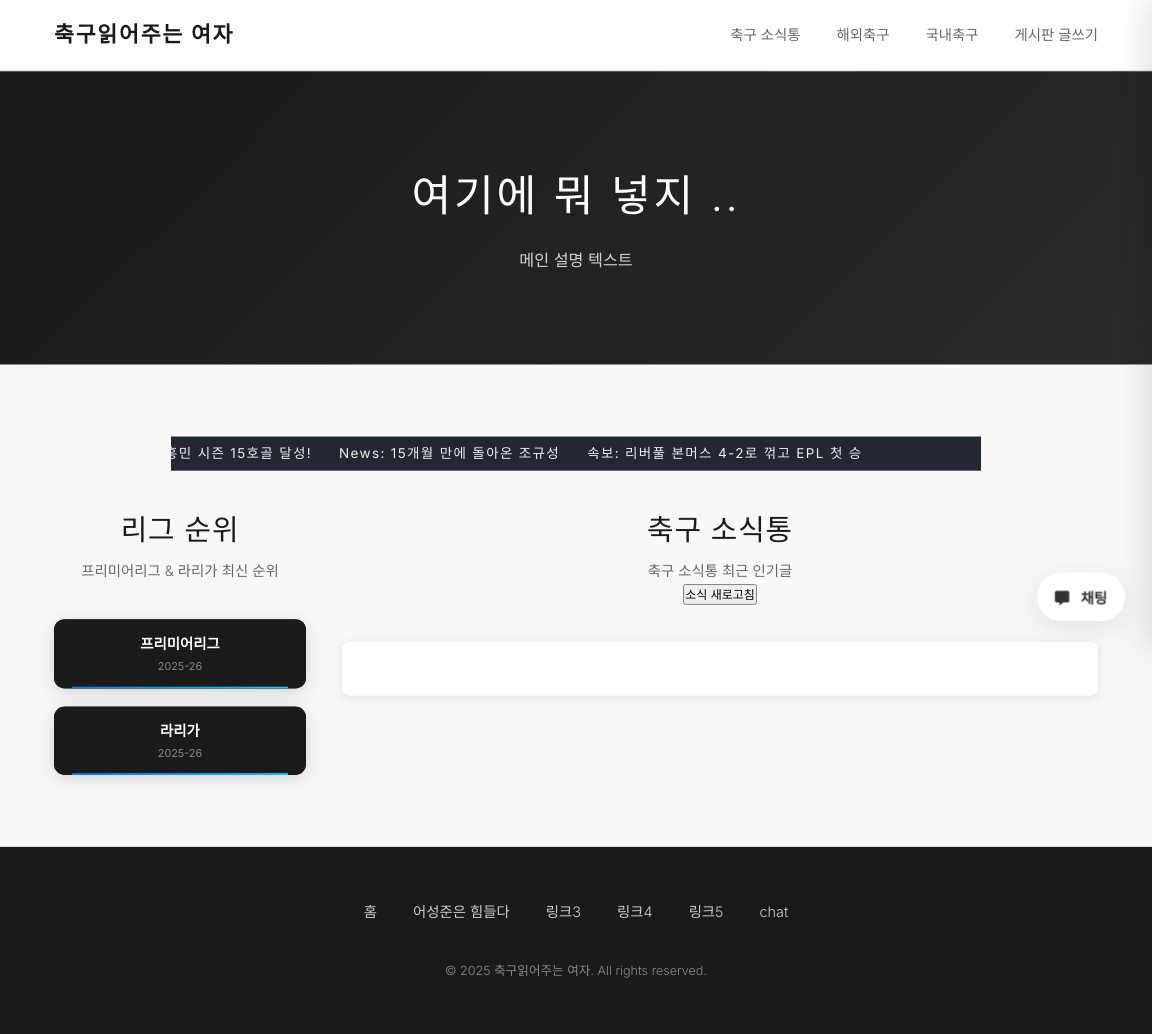
Repository: caramelpopcornKHU/JavaJSPProject
Page: http://localhost/FromJ/footballMain
These files come from the project's save history. The page is drawn as it stood at one moment and after the next save; the edit follows.
The browser window is 1280 px wide. The pictures show the whole page, at 90% of full size.
The page is served by Tomcat 9. Other server files are loaded and not shown. Queries for data that is not in the repository find no rows.

Above is the page before, as saved 2025-08-17 13:56:52.

### FromJ/src/main/webapp/footballMain.jsp
<%@ page language="java" contentType="text/html; charset=UTF-8" pageEncoding="UTF-8"%>
<%@ taglib prefix="c" uri="http://java.sun.com/jsp/jstl/core" %>
<%@ taglib prefix="fmt" uri="http://java.sun.com/jsp/jstl/fmt" %>
<%@ page import="com.football.model.News" %>
<!DOCTYPE html>
<html lang="ko">
<head>
   <script src="https://code.jquery.com/jquery-3.6.0.min.js"></script>
   <meta charset="UTF-8">
   <meta name="viewport" content="width=device-width, initial-scale=1.0">
   <title>축구 읽어주는 여자</title>
   <link href="https://fonts.googleapis.com/css2?family=Inter:wght@300;400;500;600;700&display=swap" rel="stylesheet">
   <style>
       * {
           margin: 0;
           padding: 0;
           box-sizing: border-box;
       }
       body {
           font-family: 'Inter', sans-serif;
           background-color: #f8f8f8;
           color: #1a1a1a;
           line-height: 1.6;
       }
       .container {
           max-width: 1200px;
           margin: 0 auto;
           padding: 0 20px;
       }
       /* Header */
       header {
           background: #fff;
           padding: 20px 0;
           border-bottom: 1px solid #e0e0e0;
           position: sticky;
           top: 0;
           z-index: 100;
       }
       .header-content {
           display: flex;
           justify-content: space-between;
           align-items: center;
       }
       .logo {
           font-size: 24px;
           font-weight: 700;
           letter-spacing: 2px;
           color: #1a1a1a;
           text-decoration: none;
       }
       .nav {
           display: flex;
           gap: 40px;
       }
       .nav a {
           text-decoration: none;
           color: #666;
           font-weight: 400;
           transition: color 0.3s ease;
       }
       .nav a:hover {
           color: #1a1a1a;
       }
       /* Hero Section */
       .hero {
           background: linear-gradient(135deg, #1a1a1a 0%, #2a2a2a 100%);
           color: #fff;
           text-align: center;
           padding: 100px 0;
           margin-bottom: 80px;
       }

       .hero h1 {
           font-size: 48px;
           font-weight: 300;
           letter-spacing: 3px;
           margin-bottom: 20px;
       }
       .hero p {
           font-size: 18px;
           font-weight: 300;
           opacity: 0.8;
           max-width: 600px;
           margin: 0 auto;
       }

       .breaking-bar {
           background: #232733;
           color: #fff;
           padding: 7px 0;
           font-size: 15px;
           font-weight: 400;
           margin: 0 auto 40px auto;
           max-width: 900px;
           overflow: hidden;
           border-radius: 0;
           box-shadow: none;
       }
       .breaking-wrap {
           display: flex;
           gap: 30px;
           align-items: center;
           animation: scrollBar 3s linear infinite;
       }
       .breaking-item {
           white-space: nowrap;
           font-size: 15px;
           letter-spacing: 0.1em;
           font-weight: 400;
           opacity: 0.92;
       }
       @keyframes scrollBar {
           0%   { transform: translateX(0);}
           100% { transform: translateX(-50%);}
       }

       /* 메인 콘텐츠 섹션 */
       .main-content-section {
           padding: 0 0 80px;
       }

       /* 나란히 배치를 위한 컨테이너 */
       .content-wrapper {
           display: grid;
           grid-template-columns: 0.5fr 1.5fr; /* 리그 순위 : 뉴스 = 1 : 1.2 비율 */
           gap: 40px;
           max-width: 1200px;
           margin: 0 auto;
           align-items: start;
       }

       /* 리그 순위 스타일 */
       .league-container {
           display: flex;
           flex-direction: column;
           gap: 20px;
       }

       .league-table {
           background: #2a2a2a;
           border-radius: 12px;
           overflow: hidden;
           box-shadow: 0 4px 20px rgba(0,0,0,0.15);
       }

       .league-header {
           background: #1a1a1a;
           color: #fff;
           padding: 15px 20px;
           font-size: 16px;
           font-weight: 600;
           text-align: center;
           position: relative;
       }

       .league-header::after {
           content: '';
           position: absolute;
           bottom: 0;
           left: 20px;
           right: 20px;
           height: 2px;
           background: linear-gradient(90deg, #007bff, #00d4ff);
       }

       .season-info {
           color: #888;
           font-size: 12px;
           font-weight: 400;
           margin-top: 2px;
       }

       .standings-list {
           padding: 0;
       }

       .standing-item {
           display: flex;
           align-items: center;
           padding: 12px 20px;
           border-bottom: 1px solid #3a3a3a;
           background: #2a2a2a;
           transition: all 0.2s ease;
       }

       .standing-item:last-child {
           border-bottom: none;
       }

       .standing-item:hover {
           background: #333;
           transform: translateX(2px);
       }

       .position {
           font-size: 14px;
           font-weight: 700;
           color: #fff;
           min-width: 25px;
           text-align: center;
           margin-right: 15px;
           background: #007bff;
           border-radius: 50%;
           width: 25px;
           height: 25px;
           display: flex;
           align-items: center;
           justify-content: center;
           font-size: 12px;
       }

       /* 상위 3팀 특별 색상 */
       .standing-item:nth-child(1) .position {
           background: linear-gradient(135deg, #FFD700, #FFA500);
       }

       .standing-item:nth-child(2) .position {
           background: linear-gradient(135deg, #C0C0C0, #A8A8A8);
       }

       .standing-item:nth-child(3) .position {
           background: linear-gradient(135deg, #CD7F32, #B8860B);
       }

       .team-name {
           font-size: 14px;
           color: #fff;
           font-weight: 500;
           flex: 1;
       }

       /* 뉴스 섹션 스타일 */
       .section-title {
           text-align: center;
           margin-bottom: 40px;
       }

       .section-title h2 {
           font-size: 32px;
           font-weight: 300;
           letter-spacing: 1px;
           margin-bottom: 8px;
           color: #1a1a1a;
       }

       .section-subtitle {
           font-size: 16px;
           color: #666;
           font-weight: 300;
       }

       .news-list {
           background: #fff;
           border-radius: 8px;
           padding: 30px;
           box-shadow: 0 2px 10px rgba(0,0,0,0.1);
       }

       .news-item {
           display: flex;
           align-items: center;
           padding: 15px 0;
           border-bottom: 1px solid #e0e0e0;
           gap: 15px;
       }

       .news-item:last-child {
           border-bottom: none;
       }

       .news-number {
           font-size: 14px;
           color: #999;
           min-width: 20px;
           font-weight: 500;
       }

       .news-thumbnail {
           width: 60px;
           height: 60px;
           border-radius: 4px;
           object-fit: cover;
           flex-shrink: 0;
       }

       .news-content {
           flex: 1;
       }

       .news-item-title {
           font-size: 16px;
           font-weight: 500;
           color: #1a1a1a;
           margin-bottom: 5px;
           line-height: 1.4;
       }

       .news-meta {
           font-size: 12px;
           color: #666;
       }

       .comment-count {
           color: #007bff;
           font-weight: 500;
       }

       /* Footer */
       footer {
           background: #1a1a1a;
           color: #fff;
           text-align: center;
           padding: 60px 0;
       }
       .footer-content {
           max-width: 800px;
           margin: 0 auto;
       }
       .footer-links {
           display: flex;
           justify-content: center;
           gap: 40px;
           margin-bottom: 40px;
       }
       .footer-links a {
           color: #ccc;
           text-decoration: none;
           font-weight: 300;
           transition: color 0.3s ease;
       }
       .footer-links a:hover {
           color: #fff;
       }
       .footer-text {
           font-size: 14px;
           color: #888;
           font-weight: 300;
       }

       /* 반응형 */
       @media (max-width: 768px) {
           .hero h1 {
               font-size: 32px;
           }
           .hero p {
               font-size: 16px;
           }
           .nav {
               display: none;
           }
           .footer-links {
               flex-direction: column;
               gap: 20px;
           }
           .breaking-bar {
               max-width: 98vw;
               font-size: 14px;
           }
           .breaking-wrap {
               gap: 16px;
           }

           /* 모바일에서는 세로 배치 */
           .content-wrapper {
               grid-template-columns: 1fr;
               gap: 40px;
               margin: 0 15px;
           }

           .league-section {
               order: 2; /* 모바일에서는 뉴스가 먼저, 리그 순위가 나중에 */
           }

           .news-section {
               order: 1;
           }

           .news-list {
               padding: 20px;
           }

           .standing-item {
               padding: 10px 15px;
           }

           .team-name {
               font-size: 13px;
           }
       }
   </style>
</head>
<body>
   <!-- Header -->
   <header>
       <div class="container">
           <div class="header-content">
               <a href="/home" class="logo">축구읽어주는 여자</a>
               <nav class="nav">
                   <a href="/home">축구 소식통</a>
                   <a href="/football_world">해외축구</a>
                   <a href="/football_korean">국내축구</a>
                   <a href="/board">게시판 글쓰기</a>
               </nav>
           </div>
       </div>
   </header>

   <!-- Hero Section -->
   <section class="hero">
       <div class="container">
           <h1>여기에 뭐 넣지 ..</h1>
           <p>메인 설명 텍스트</p>
       </div>
   </section>

   <!-- Breaking News Bar -->
   <div class="breaking-bar">
       <div class="breaking-wrap">
           <span class="breaking-item">
               <span class="breaking-dot"></span>
               LIVE: 토트넘 vs 맨시티 2-1 (후반 75분)
           </span>
           <span class="breaking-item">
               <span class="breaking-dot"></span>
               속보: 손흥민 시즌 15호골 달성!
           </span>
           <span class="breaking-item">
               <span class="breaking-dot"></span>
               News: 15개월 만에 돌아온 조규성
           </span>
           <span class="breaking-item">
               <span class="breaking-dot"></span>
               속보: 리버풀 본머스 4-2로 꺾고 EPL 첫 승
           </span>

           <%-- <c:forEach var="brief" items="${breakingNews}">
               <span class="breaking-item"> <span class="breaking-dot"></span> ${brief.title} </span>
           </c:forEach> --%>
       </div>
   </div>

   <!-- 메인 콘텐츠 섹션 (리그 순위 + 뉴스) -->
   <section class="main-content-section">
       <div class="container">
           <div class="content-wrapper">
               <!-- 왼쪽: 리그 순위 -->
               <div class="league-section">
                   <div class="section-title">
                       <h2>리그 순위</h2>
                       <p class="section-subtitle">프리미어리그 & 라리가 최신 순위</p>
                   </div>
                   <div class="league-container">
                       <!-- 프리미어리그 -->
                       <div class="league-table">
                           <div class="league-header">
                               프리미어리그
                               <div class="season-info">2025-26</div>
                           </div>
                           <div class="standings-list">
                               <c:forEach var="team" items="${premierLeague}">
                                   <div class="standing-item">
                                       <span class="position">${team.position}</span>
                                       <span class="team-name">${team.teamName}</span>
                                   </div>
                               </c:forEach>
                           </div>
                       </div>

                       <!-- 라리가 -->
                       <div class="league-table">
                           <div class="league-header">
                               라리가
                               <div class="season-info">2025-26</div>
                           </div>
                           <div class="standings-list">
                               <c:forEach var="team" items="${laLiga}">
                                   <div class="standing-item">
                                       <span class="position">${team.position}</span>
                                       <span class="team-name">${team.teamName}</span>
                                   </div>
                               </c:forEach>
                           </div>
                       </div>
                   </div>
               </div>

               <!-- 오른쪽: 뉴스 섹션 -->
               <div class="news-section">
                   <div class="section-title">
                       <h2>축구 소식통</h2>
                       <p class="section-subtitle">축구 소식통 최근 인기글</p>
                       <button id="refreshBtn">소식 새로고침</button>
                   </div>
                   <div class="news-list">
                       <c:forEach var="news" items="${newsList}" varStatus="status">
                           <div class="news-item">
                               <span class="news-number">${status.index + 1}</span>
                               <img src="${news.imageUrl}" alt="${news.title}" class="news-thumbnail">
                               <div class="news-content">
                                   <div class="news-item-title">${news.title}</div>
                                   <div class="news-meta">
                                       ${news.category} |
                                       <fmt:formatDate value="${news.createdAt}" pattern="MM월 dd일"/> |
                                       <span class="comment-count">[${news.commentCount}]</span>
                                   </div>
                               </div>
                           </div>
                       </c:forEach>
                   </div>
               </div>
           </div>
       </div>
   </section>

   <!-- Footer -->
   <footer>
       <div class="container">
           <div class="footer-content">
               <div class="footer-links">
                   <a href="/link1">홈</a>
                   <a href="/link2">어성준은 힘들다</a>
                   <a href="/link3">링크3</a>
                   <a href="/link4">링크4</a>
                   <a href="/link5">링크5</a>
                   <a href="/link5">chat</a>
               </div>
               <p class="footer-text">© 2025 축구읽어주는 여자. All rights reserved.</p>
           </div>
       </div>
   </footer>

   <script>
       function handleClick(itemId) {
           alert('클릭되었습니다! Item ID: ' + itemId);
       }

       // 스크롤 효과
       window.addEventListener('scroll', function() {
           const header = document.querySelector('header');
           if (window.scrollY > 100) {
               header.style.boxShadow = '0 2px 20px rgba(0,0,0,0.1)';
           } else {
               header.style.boxShadow = 'none';
           }
       });
   </script>
   <script>
$(document).ready(function() {
    $("#refreshBtn").click(function() {
        var button = $(this);
        button.prop("disabled", true).text("새로고침 중...");

        // Ajax로 서버에 요청
        $.ajax({
            type: "GET",
            url: window.location.href, // 현재 페이지 주소
            data: "ajax=true", // Ajax 요청임을 표시
            success: function(data) {
                console.log("Ajax 성공!");
                // 1초 후 페이지 새로고침
                setTimeout(function() {
                    window.location.reload();
                }, 1000);
            },
            error: function() {
                console.log("Ajax 실패");
                alert("새로고침 실패");
                button.prop("disabled", false).text("소식 새로고침");
            }
        });
    });
});
</script>
<div>
    <!-- 메뉴 열기 버튼 -->
	<jsp:include page="/body/chat.jsp"></jsp:include>
</div>
</body>
</html>

### FromJ/src/main/java/com/football/servlet/FootballServlet.java
package com.football.servlet;

import java.io.IOException;
import java.util.List;
import javax.servlet.ServletException;
import javax.servlet.annotation.WebServlet;
import javax.servlet.http.HttpServlet;
import javax.servlet.http.HttpServletRequest;
import javax.servlet.http.HttpServletResponse;

import com.football.dao.NewsDAO;
import com.football.dao.LeagueDAO;

import com.football.model.News;
import com.football.model.League;
import com.football.model.BreakingNews;

@WebServlet("/footballMain")
public class FootballServlet extends HttpServlet {
    private static final long serialVersionUID = 1L;
    private NewsDAO newsDAO;
    private LeagueDAO leagueDAO;

    @Override
    public void init() throws ServletException {
        super.init();
        newsDAO = new NewsDAO();
        leagueDAO = new LeagueDAO();
        System.out.println("FootballServlet이 초기화되었습니다.");
    }

    @Override
    protected void service(HttpServletRequest req, HttpServletResponse resp) throws ServletException, IOException {
        req.setCharacterEncoding("utf-8");
        System.out.println("FootballServlet service 실행됨");

        // Ajax 요청인지 확인
        String ajaxParam = req.getParameter("ajax");

        try {
            List<News> newsList;

            // Ajax 요청이면 세션에 플래그 설정 후 JSON 응답
            if ("true".equals(ajaxParam)) {
                System.out.println("Ajax랜덤");
                req.getSession().setAttribute("randomMode", true);

                resp.setContentType("application/json");
                resp.setCharacterEncoding("UTF-8");
                resp.getWriter().write("{\"status\":\"success\"}");
                return;
            }

            // 세션에서 랜덤 모드 확인
            Boolean randomMode = (Boolean) req.getSession().getAttribute("randomMode");
            if (randomMode != null && randomMode) {
                System.out.println("랜덤 소식 호출");
                newsList = newsDAO.getRandomNews(10);
                req.getSession().removeAttribute("randomMode"); // 한 번만 사용 후 제거
            } else {
                System.out.println("최신 소식 호출");
                newsList = newsDAO.getLatestNews(10);
            }

            // 2. 리그 순위 가져오기
            List<League> premierLeague = leagueDAO.getLeagueStandings("Premier League");
            List<League> laLiga = leagueDAO.getLeagueStandings("La Liga");

            // 3. 브레이킹뉴스 DB에서 제목만 4개 가져오기
            NewsDAO breakingNewsDAO = new NewsDAO();
            List<BreakingNews> breakingNews = breakingNewsDAO.getBreakingNewsTitles(4);

            // JSP에 데이터 전달
            req.setAttribute("newsList", newsList);
            req.setAttribute("premierLeague", premierLeague);
            req.setAttribute("laLiga", laLiga);
            req.setAttribute("breakingNews", breakingNews);

            // 디버그 출력
            System.out.println("가져온 뉴스 개수: " + newsList.size());
            System.out.println("프리미어리그 팀 수: " + premierLeague.size());
            System.out.println("라리가 팀 수: " + laLiga.size());
            System.out.println("브레이킹뉴스 개수: " + breakingNews.size());

            // forward
            req.getRequestDispatcher("/footballMain.jsp").forward(req, resp);

        } catch (Exception e) {
            System.out.println("FootballServlet에서 에러 발생: " + e.getMessage());
            e.printStackTrace();

            // 에러 처리
            if ("true".equals(ajaxParam)) {
                resp.setContentType("application/json");
                resp.setCharacterEncoding("UTF-8");
                resp.getWriter().write("{\"status\":\"error\"}");
                return;
            }

            // 예외시 빈 리스트로 안전하게 전달
            req.setAttribute("newsList", new java.util.ArrayList<News>());
            req.setAttribute("premierLeague", new java.util.ArrayList<League>());
            req.setAttribute("laLiga", new java.util.ArrayList<League>());
            req.setAttribute("breakingNews", new java.util.ArrayList<BreakingNews>());
            req.getRequestDispatcher("/footballMain.jsp").forward(req, resp);
        }
    }
}

### FromJ/src/main/java/com/board/util/DBConnection.java
package com.board.util;

import java.sql.Connection;
import java.sql.DriverManager;
import java.sql.PreparedStatement;
import java.sql.ResultSet;
import java.sql.SQLException;

public class DBConnection {

    private static final String DRIVER = "com.mysql.cj.jdbc.Driver";
    private static final String URL = "jdbc:mysql://172.168.10.24:3306/FromJ?useSSL=false&serverTimezone=Asia/Seoul&characterEncoding=UTF-8";
    private static final String USERNAME = "root";
    private static final String PASSWORD = "rootroot";

    static {
        try {
            Class.forName(DRIVER);
        } catch (ClassNotFoundException e) {
            System.err.println("MySQL 드라이버 로딩 실패: " + e.getMessage());
        }
    }

    public static Connection getConnection() throws SQLException {
        return DriverManager.getConnection(URL, USERNAME, PASSWORD);
    }

    public static void close(ResultSet rs, PreparedStatement pstmt, Connection conn) {
        try {
            if (rs != null) rs.close();
        } catch (SQLException e) {
            e.printStackTrace();
        }

        try {
            if (pstmt != null) pstmt.close();
        } catch (SQLException e) {
            e.printStackTrace();
        }

        try {
            if (conn != null) conn.close();
        } catch (SQLException e) {
            e.printStackTrace();
        }
    }

    public static void close(PreparedStatement pstmt, Connection conn) {
        close(null, pstmt, conn);
    }
}

Loaded but not shown: FromJ/src/main/webapp/body/chat.jsp (346 lines, source omitted)

After the next save:
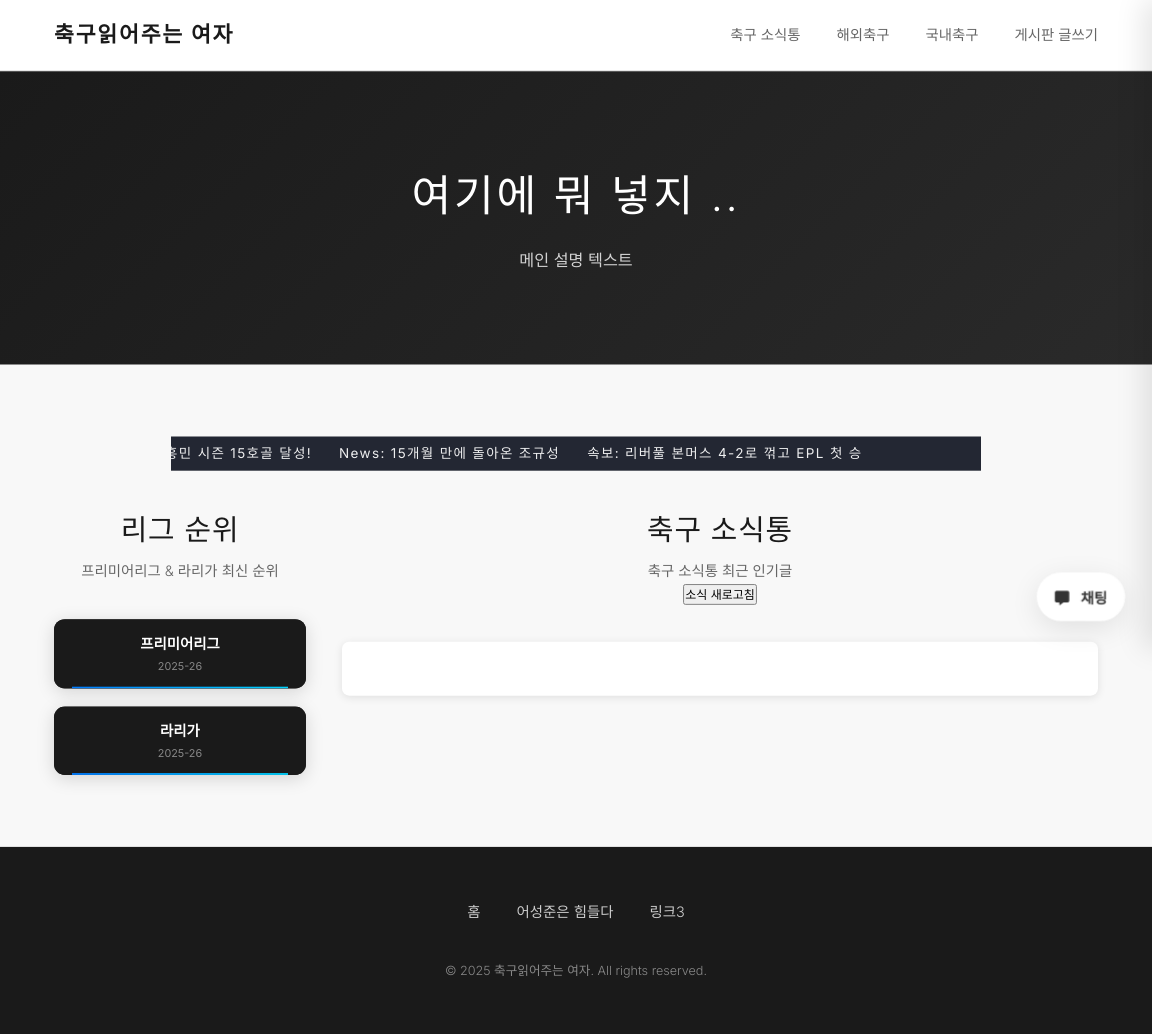
Saved 4 min 34 s later.
--- a/FromJ/src/main/webapp/footballMain.jsp
+++ b/FromJ/src/main/webapp/footballMain.jsp
@@ -520,9 +520,6 @@
                    <a href="/link1">홈</a>
                    <a href="/link2">어성준은 힘들다</a>
                    <a href="/link3">링크3</a>
-                   <a href="/link4">링크4</a>
-                   <a href="/link5">링크5</a>
-                   <a href="/link5">chat</a>
                </div>
                <p class="footer-text">© 2025 축구읽어주는 여자. All rights reserved.</p>
            </div>
